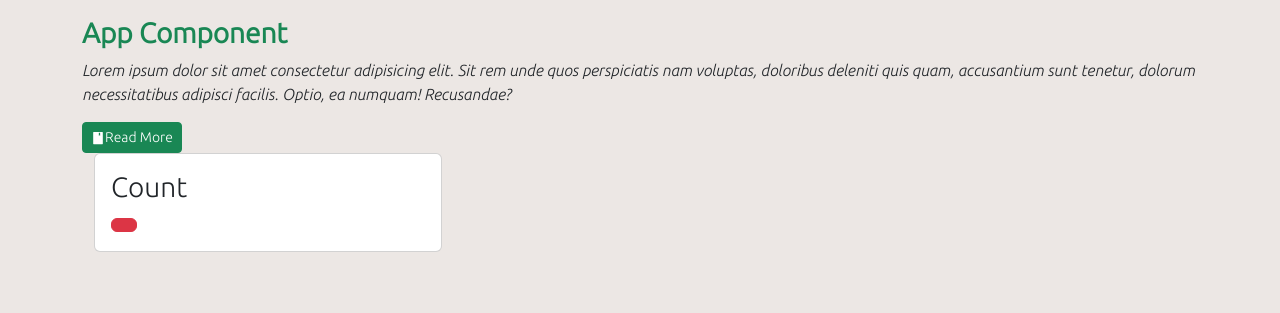
Repository: OmniaRafat232111121/employee_List
Page: /
An editor plug-in stored every save of this project. The page is shown before and after a run of saves, followed by the edit.
The browser window is 1280 px wide. The pictures show the whole page.
The project was rebuilt for these pictures with package versions that can differ from the ones it lists, and the page was loaded fresh each time.

Above is the page before, as saved 2022-09-09 12:41:03.

### public/index.html
<!DOCTYPE html>
<html lang="en">
  <head>
    <meta charset="utf-8" />
    <link rel="icon" href="%PUBLIC_URL%/favicon.ico" />
    <meta name="viewport" content="width=device-width, initial-scale=1" />
    <meta name="theme-color" content="#000000" />
    <meta
      name="description"
      content="Web site created using create-react-app"
    />
    <link rel="stylesheet" href="https://cdnjs.cloudflare.com/ajax/libs/font-awesome/4.7.0/css/font-awesome.css" integrity="sha512-5A8nwdMOWrSz20fDsjczgUidUBR8liPYU+WymTZP1lmY9G6Oc7HlZv156XqnsgNUzTyMefFTcsFH/tnJE/+xBg==" crossorigin="anonymous" referrerpolicy="no-referrer" />
    <link rel="manifest" href="%PUBLIC_URL%/manifest.json" />
    <title>React App</title>
  </head>
  <body>
    <noscript>You need to enable JavaScript to run this app.</noscript>
    <div id="root"></div>

  </body>
</html>

    <link rel="apple-touch-icon" href="%PUBLIC_URL%/logo192.png" />

    <link rel="manifest" href="%PUBLIC_URL%/manifest.json" />

    <title>React App</title>
  </head>
  <body>
    <noscript>You need to enable JavaScript to run this app.</noscript>
    <div id="root"></div>
  </body>
</html>

### src/index.tsx
import React from 'react';
import ReactDOM from 'react-dom/client';
import './index.css';
import App from './App';
import reportWebVitals from './reportWebVitals';

/*Bootstrap*/
import "../node_modules/bootstrap/dist/css/bootstrap.css"
import "../node_modules/bootstrap/dist/js/bootstrap.bundle"
const root = ReactDOM.createRoot(
  document.getElementById('root') as HTMLElement
);
root.render(
  <React.StrictMode>
    <App />
  </React.StrictMode>
);

// If you want to start measuring performance in your app, pass a function
// to log results (for example: reportWebVitals(console.log))
// or send to an analytics endpoint. Learn more: https://bit.ly/CRA-vitals
reportWebVitals();

### src/index.css
@import url('https://fonts.googleapis.com/css2?family=Be+Vietnam+Pro:wght@100&family=Montserrat:wght@400;700&family=Ubuntu:ital,wght@0,300;1,300&display=swap');
body {
  margin: 0;
  font-family: 'Ubuntu', sans-serif !important;
  background-color: #ece7e4 !important;
}

### src/App.tsx
import React from 'react';
import {AiFillBook} from 'react-icons/ai'
import Counter from './components/Counter';
function App() {

  return (
    <div className="App">
     <React.Fragment>
      <div className="container mt-3">
        <div className="grid">
          <div className="row">
            <div className="col">
              <p className='h3 fw-bold text-success'>App Component</p>
              <p className="fst-italic">Lorem ipsum dolor sit amet consectetur adipisicing elit. Sit rem unde quos perspiciatis nam voluptas, doloribus deleniti quis quam, accusantium sunt tenetur, dolorum necessitatibus adipisci facilis. Optio, ea numquam! Recusandae?</p>
              <button className='btn btn-success btn-sm'>
             < AiFillBook className='' />Read More</button>
            </div>
          </div>
          <div className="row">
            <div className="col">
             <Counter/>

            </div>
          </div>



        </div>
      </div>

     </React.Fragment>
    </div>
  );
}

export default App;

### src/components/Counter.tsx
import * as React from 'react';

interface ICounterProps {

}
interface ICounterState {

}
const Counter: React.FC<ICounterProps> = (props) => {
  return (
   <React.Fragment>
     <div className="container">
        <div className="row">
            <div className="col-md-4">
                <div className="card">
                    <div className="card-body">
                        <p className="h3">Count</p>
                        <button className='btn btn-danger'></button>
                      </div>
                </div>
            </div>
        </div>
     </div>
   </React.Fragment>
  );
};

export default Counter;

Loaded but not shown: src/reportWebVitals.ts (common file)

After the next 8 saves:
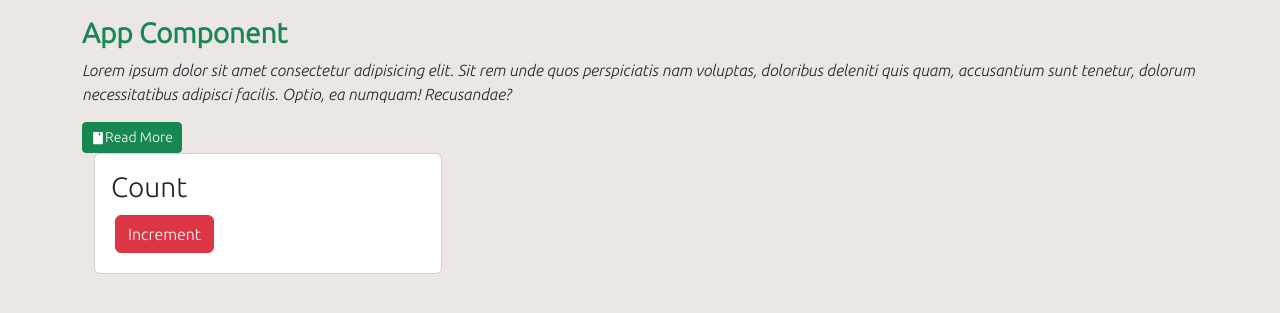
The 8 saves are shown as one change because they came seconds apart.
The last was saved 14 s later.
--- a/src/components/Counter.tsx
+++ b/src/components/Counter.tsx
@@ -15,7 +15,7 @@ const Counter: React.FC<ICounterProps> = (props) => {
                 <div className="card">
                     <div className="card-body">
                         <p className="h3">Count</p>
-                        <button className='btn btn-danger'></button>
+                        <button className='btn btn-danger m-1'>Increment</button>
                       </div>
                 </div>
             </div>
